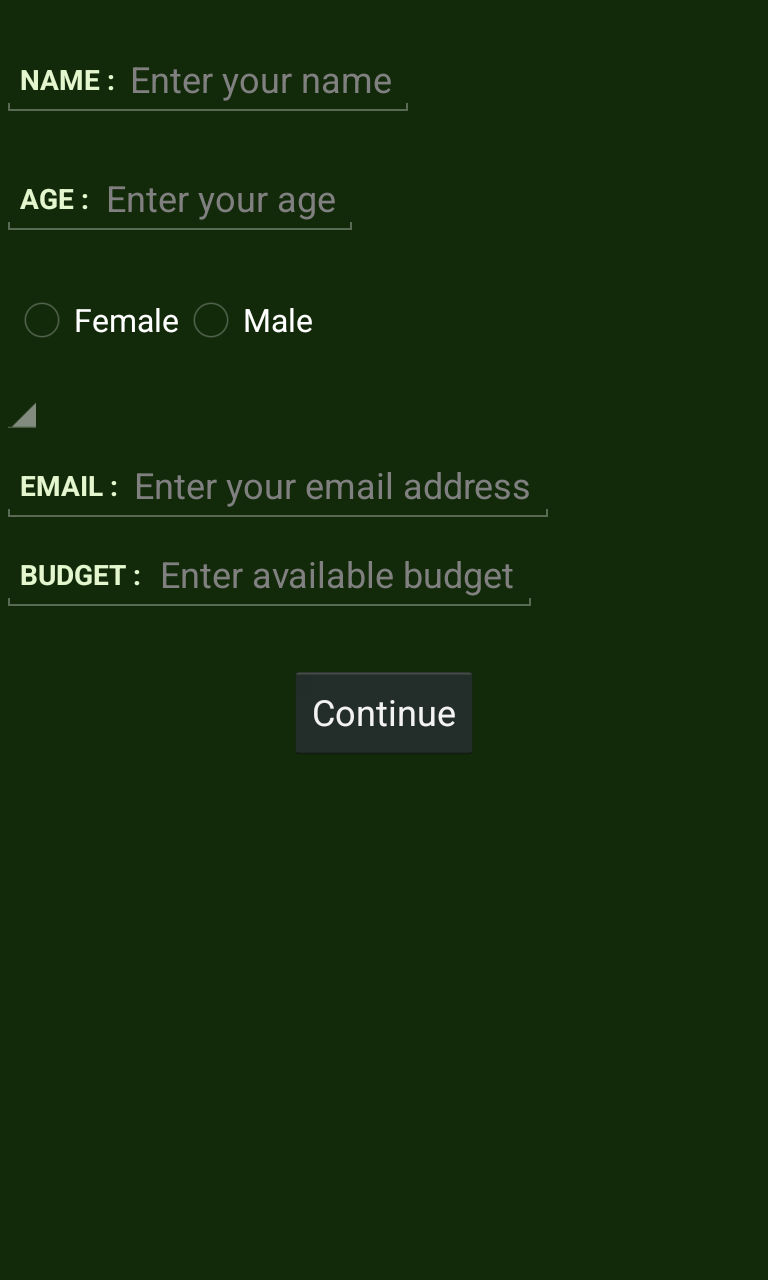
Repository: Adammdit/DT2283GUI
Layout: GunSmoke/res/layout/activity_details_form.xml
The author's editor kept a copy of each file at every save. The layout is drawn from the files as they stood at one save, then again after the next save.
It is drawn on a 768 x 1280 px phone screen (xhdpi) without system bars, with theme android:Theme.Holo; the app's code is not run.

Above is the layout before, as saved 2014-11-08 19:31:58.

After the next save:
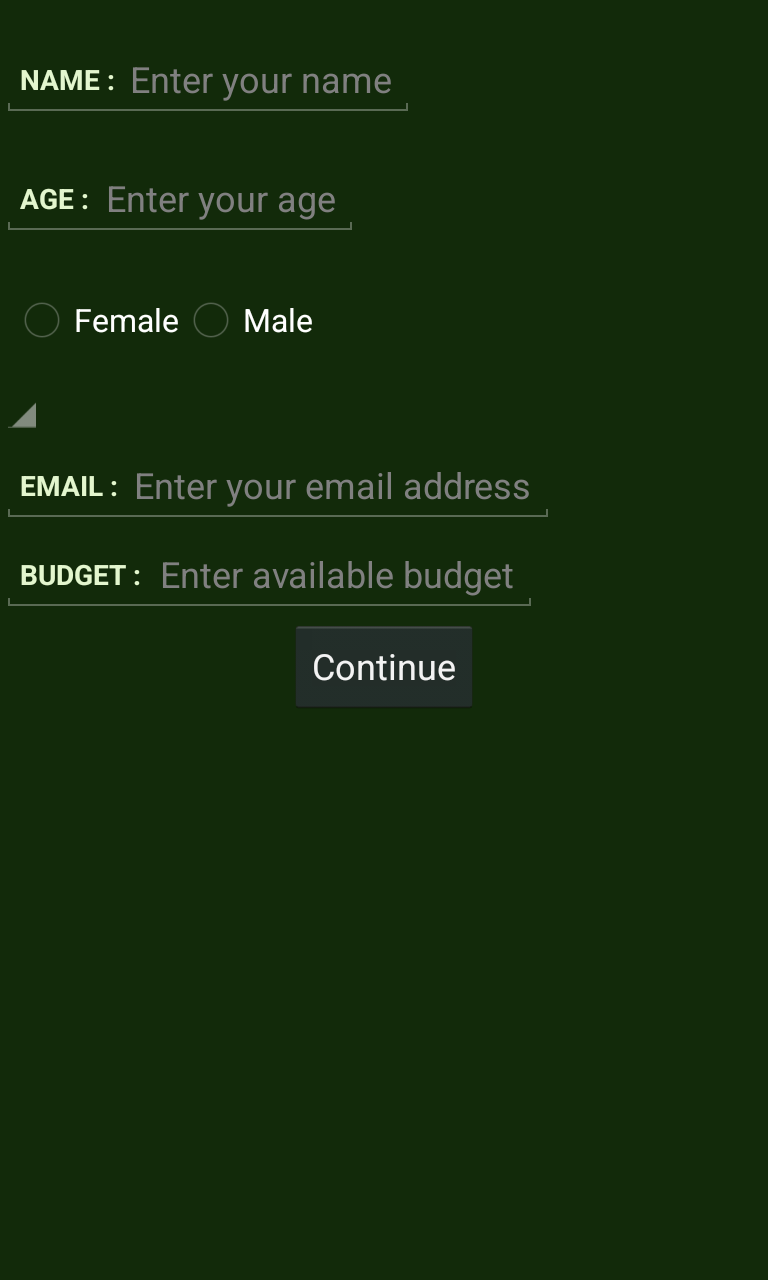
Saved 2 min 7 s later.
--- a/GunSmoke/res/layout/activity_details_form.xml
+++ b/GunSmoke/res/layout/activity_details_form.xml
@@ -110,7 +110,7 @@
 			    android:id="@+id/budget"
 			    android:layout_width="match_parent"
 			    android:layout_height="wrap_content"
-			    android:layout_marginBottom="25dp">
+			    android:layout_marginBottom="2dp">
 				<EditText
 				    android:layout_width="wrap_content"
 				    android:layout_height="wrap_content"

After the save that followed:
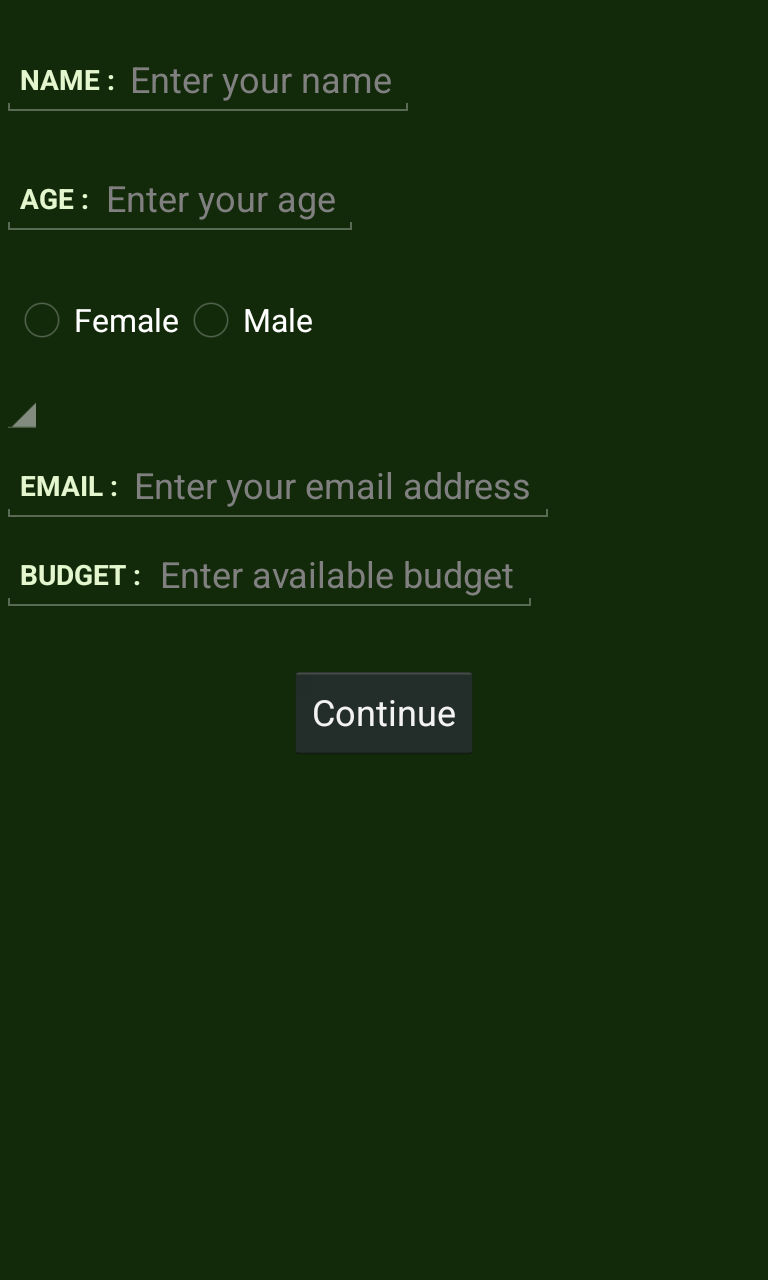
Saved 15 s later.
--- a/GunSmoke/res/layout/activity_details_form.xml
+++ b/GunSmoke/res/layout/activity_details_form.xml
@@ -110,7 +110,7 @@
 			    android:id="@+id/budget"
 			    android:layout_width="match_parent"
 			    android:layout_height="wrap_content"
-			    android:layout_marginBottom="2dp">
+			    android:layout_marginBottom="25dp">
 				<EditText
 				    android:layout_width="wrap_content"
 				    android:layout_height="wrap_content"
